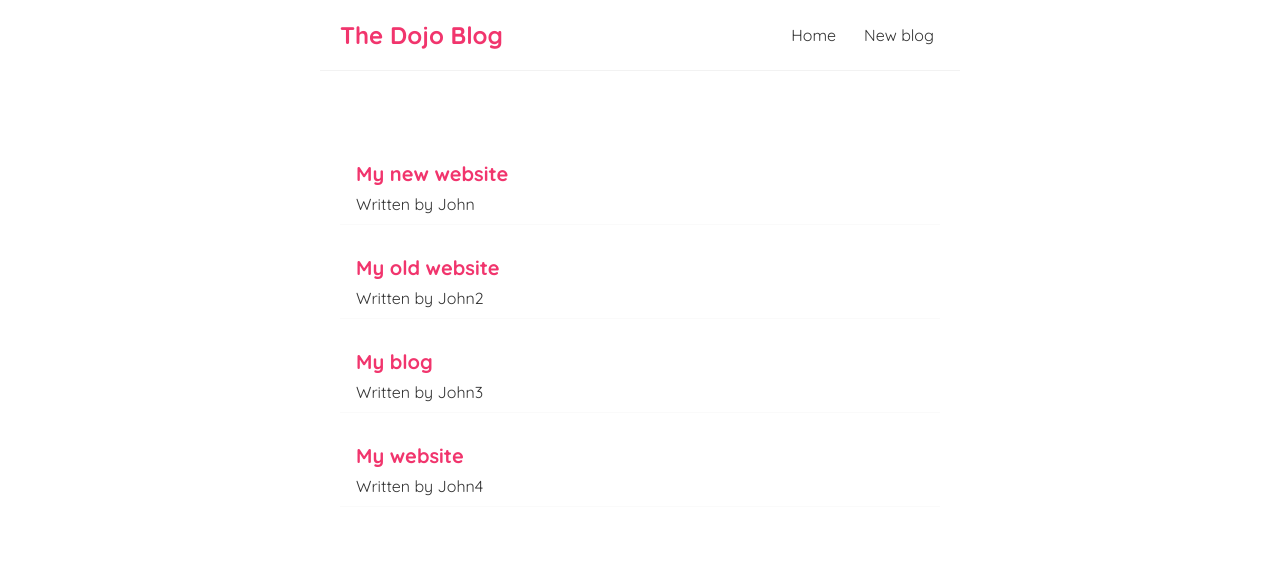
Repository: Samkiroko/full-reacr-ninja
Page: /
These files come from the project's save history. The page is drawn as it stood at one moment and after the next save; the edit follows.
The browser window is 1280 px wide. The pictures show the whole page.
The project was rebuilt for these pictures with package versions that can differ from the ones it lists, and the page was loaded fresh each time.

Above is the page before, as saved 2021-07-19 18:33:41.

### src/index.css
@import url('https://fonts.googleapis.com/css2?family=Quicksand:wght@300;400;500;600;700&display=swap');

/* base styles */

* {
    margin: 0;
    font-family: 'Quicksand';
    color: #333;
}

.navbar {
    padding: 20px;
    display: flex;
    align-items: center;
    max-width: 600px;
    margin: 0 auto;
    border-bottom: 1px solid #f2f2f2;
}

.navbar h1 {
    color: #f1356d;
}

.navbar .links {
    margin-left: auto;
}

.navbar a {
    margin-left: 16px;
    text-decoration: none;
    padding: 6px;
}

.navbar a:hover {
    color: #f1356d;
}

.content {
    max-width: 600px;
    margin: 40px auto;
    padding: 20px;
}


/* blog previews / list */

.blog-preview {
    padding: 10px 16px;
    margin: 20px 0;
    border-bottom: 1px solid #fafafa;
}

.blog-preview:hover {
    box-shadow: 1px 3px 5px rgba(0, 0, 0, 0.1);
}

.blog-preview h2 {
    font-size: 20px;
    color: #f1356d;
    margin-bottom: 8px;
}

### src/App.js
import Home from './Home'
import Navbar from './Navbar'

function App() {
  return (
    <div className='App'>
      <Navbar />
      <div className='content'>
        <Home />
      </div>
    </div>
  )
}

export default App

### src/Home.js
import { useState } from 'react'
import BlogList from './BlogList'

const Home = () => {
  const [blog, setBlog] = useState([
    { title: 'My new website', body: 'This is my new website', author: 'John', id: 1 },
    { title: 'My old website', body: 'This is my old website', author: 'John2', id: 2 },
    { title: 'My blog', body: 'This is my blog', author: 'John3', id: 3 },
    { title: 'My website', body: 'This is my website', author: 'John4', id: 4 },
  ])
  return (
    <div className='home'>
      <BlogList blogs={blog} title='All Blog!' />
    </div>
  )
}

export default Home

### src/Navbar.js
import React from 'react'

const Navbar = () => {
  return (
    <nav className='navbar'>
      <h1>The Dojo Blog</h1>
      <div className='links'>
        <a href='/'>Home</a>

        <a href='/create'>New blog</a>
      </div>
    </nav>
  )
}

export default Navbar

### src/BlogList.js
const BlogList = (props) => {
  const blogs = props.blogs
  console.log(props, blogs)
  return (
    <div className='blog-list'>
      {blogs.map((blog) => (
        <div className='blog-preview' key={blog.id}>
          <h2>{blog.title}</h2>
          <p>Written by {blog.author}</p>
        </div>
      ))}
    </div>
  )
}

export default BlogList

Loaded but not shown: public/index.html (common file); src/index.js (common file)

After the next save:
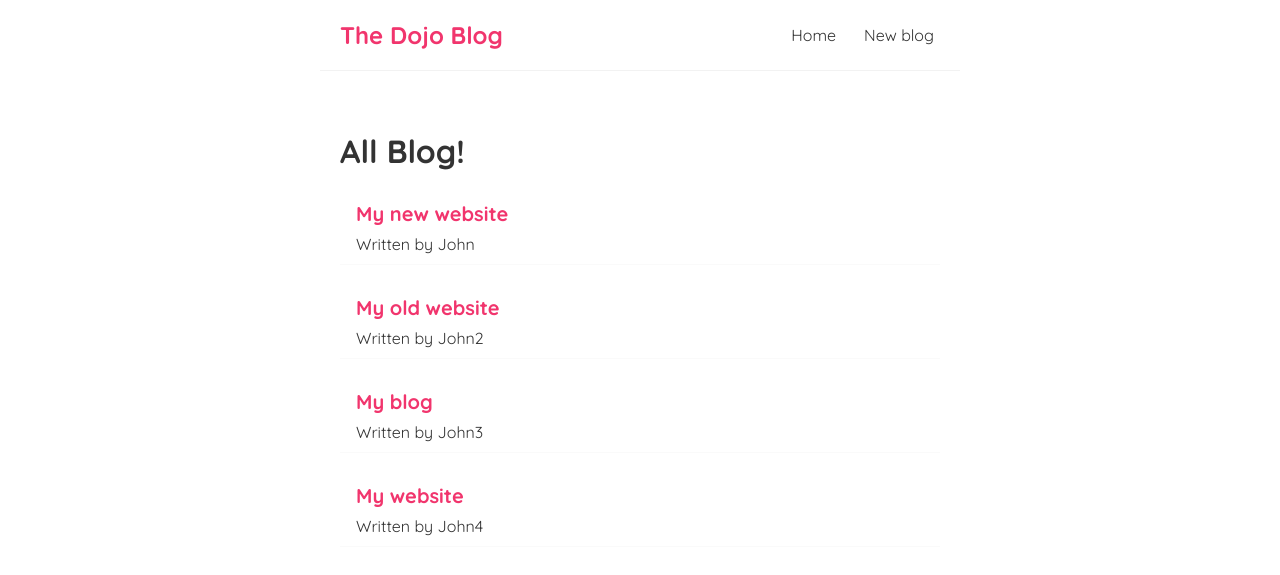
Saved 41 s later.
--- a/src/BlogList.js
+++ b/src/BlogList.js
@@ -1,8 +1,9 @@
 const BlogList = (props) => {
   const blogs = props.blogs
-  console.log(props, blogs)
+  const title = props.title
   return (
     <div className='blog-list'>
+      <h1>{title}</h1>
       {blogs.map((blog) => (
         <div className='blog-preview' key={blog.id}>
           <h2>{blog.title}</h2>
